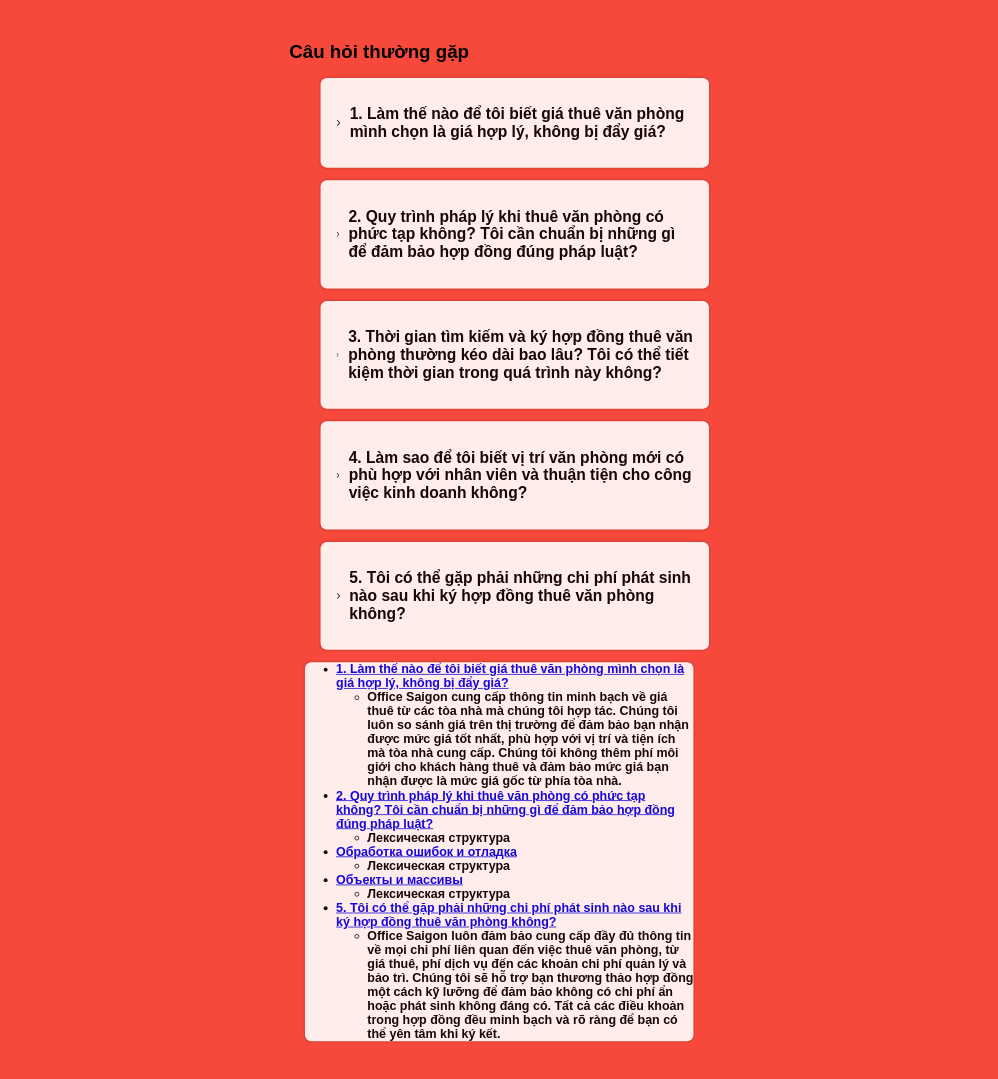
Repository: lannguyen1301/html-office-saigon
Page: accordion.html
An editor plug-in stored every save of this project. The page is shown before and after the next save, followed by the edit.
The browser window is 1280 px wide. The pictures show the whole page, at 78% of full size.

Above is the page before, as saved 2025-02-12 23:20:43.

### accordion.html
<!DOCTYPE html>
<html lang="en">

<head>
    <meta charset="UTF-8">
    <meta name="viewport" content="width=device-width, initial-scale=1.0">
    <title>ACCODION</title>
    <link rel="stylesheet" href="accordion.css">
</head>

<body>
    <main>
        <h2>Câu hỏi thường gặp</h2>
        <ol class="accodion-list">
            <li class="accordion" id="howto">
                <h3 class="title">
                    <a href="#howto">
                        1. Làm thế nào để tôi biết giá thuê văn phòng mình chọn là giá hợp lý, không bị
                        đẩy giá?</a>
                </h3>
                <div class="content">
                    <div class="wrapper">
                        <p>
                            Office Saigon cung cấp thông tin minh bạch về giá thuê từ các tòa nhà mà chúng tôi hợp tác.
                            Chúng tôi luôn so sánh giá trên thị trường để đảm bảo bạn nhận được mức giá tốt nhất, phù
                            hợp với vị trí và tiện ích mà tòa nhà cung cấp. Chúng tôi không thêm phí môi giới cho khách
                            hàng thuê và đảm bảo mức giá bạn nhận được là mức giá gốc từ phía tòa nhà.
                        </p>
                    </div>
                </div>
            </li>

            <li class="accordion" id="legalprocess">
                <h3 class="title">
                    <a href="#legalprocess">
                        2. Quy trình pháp lý khi thuê văn phòng có phức tạp không? Tôi cần chuẩn
                        bị những gì để đảm bảo hợp đồng đúng pháp luật?</a>
                </h3>
                <div class="content">
                    <div class="wrapper">
                        <p>
                            Quy trình pháp lý khi thuê văn phòng có thể phức tạp, nhưng bạn hoàn toàn không phải lo lắng
                            khi sử dụng dịch vụ của Office Saigon. Chúng tôi sẽ hỗ trợ bạn từ khâu thương thảo hợp đồng,
                            đàm phán các điều khoản đến việc hoàn tất thủ tục pháp lý. Đội ngũ pháp lý chuyên nghiệp của
                            chúng tôi sẽ đảm bảo mọi chi tiết trong hợp đồng đều rõ ràng, minh bạch và tuân thủ đúng quy
                            định của pháp luật.
                        </p>

                    </div>
                </div>
            </li>

            <li class="accordion" id="searchtime">
                <h3 class="title">
                    <a href="#searchtime">
                        3. Thời gian tìm kiếm và ký hợp đồng thuê văn phòng thường kéo dài bao lâu? Tôi có thể tiết kiệm
                        thời gian trong quá trình này không?
                    </a>
                </h3>
                <div class="content">
                    <div class="wrapper">
                        <p>
                            Với dịch vụ của Office Saigon, quá trình tìm kiếm và ký hợp đồng thuê văn phòng thường chỉ
                            kéo dài từ 1-2 tuần, tùy thuộc vào yêu cầu cụ thể của bạn. Chúng tôi cung cấp danh sách các
                            tòa nhà phù hợp trong thời gian ngắn, giúp bạn tiết kiệm đáng kể thời gian và công sức so
                            với việc tự tìm kiếm. Quy trình của chúng tôi được tối ưu để bạn có thể nhanh chóng chọn
                            được văn phòng và ký kết hợp đồng mà không phải lo lắng về bất kỳ chi tiết nào.
                        </p>
                    </div>
                </div>
            </li>

            <li class="accordion" id="whyknow">
                <h3 class="title">
                    <a href="#whyknow">
                        4. Làm sao để tôi biết vị trí văn phòng mới có phù hợp với nhân viên và thuận tiện cho công việc
                        kinh doanh không?
                    </a>
                </h3>
                <div class="content">
                    <div class="wrapper">
                        <p>
                            Office Saigon luôn tư vấn kỹ lưỡng về vị trí văn phòng dựa trên yêu cầu của bạn và phân tích
                            các yếu tố như giao thông, tiện ích xung quanh, và sự thuận tiện cho nhân viên. Chúng tôi
                            hiểu rằng một vị trí văn phòng thuận tiện sẽ giúp tăng hiệu suất làm việc của nhân viên và
                            thuận lợi cho việc kinh doanh của bạn. Dựa vào mạng lưới hơn 2230 tòa nhà tại TP.HCM, chúng
                            tôi sẽ giúp bạn chọn được văn phòng ở vị trí chiến lược, tối ưu nhất cho doanh nghiệp của
                            bạn.
                        </p>
                    </div>
                </div>
            </li>
            <li class="accordion" id="costsincurred">
                <h3 class="title">
                    <a href="#costsincurred">
                        5. Tôi có thể gặp phải những chi phí phát sinh nào sau khi ký hợp đồng thuê văn phòng không?
                    </a>
                </h3>
                <div class="content">
                    <div class="wrapper">
                        <p>
                            Office Saigon luôn đảm bảo cung cấp đầy đủ thông tin về mọi chi phí liên quan đến việc thuê
                            văn phòng, từ giá thuê, phí dịch vụ đến các khoản chi phí quản lý và bảo trì. Chúng tôi sẽ
                            hỗ trợ bạn thương thảo hợp đồng một cách kỹ lưỡng để đảm bảo không có chi phí ẩn hoặc phát
                            sinh không đáng có. Tất cả các điều khoản trong hợp đồng đều minh bạch và rõ ràng để bạn có
                            thể yên tâm khi ký kết.
                        </p>
                    </div>
                </div>
            </li>
        </ol>
    </main>
</body>

</html>

<nav class="navigation">
    <!-- <header class="navigation__logo">
        <img src="https://s27.postimg.org/p5shqemzn/logo.png" alt="Navigation's logo" width="216" height="39">
    </header> -->
    <article>
        <ul class="accordion">
            <li class="accordion__item">
                <a href="#" class="accordion__link accordion__link_active">
                    1. Làm thế nào để tôi biết giá thuê văn phòng mình chọn là giá hợp lý, không bị
                    đẩy giá?
                </a>
                <ul class="sub-accordion">
                    <li class="sub-accordion__item">Office Saigon cung cấp thông tin minh bạch về giá thuê từ các tòa
                        nhà mà chúng tôi hợp tác.
                        Chúng tôi luôn so sánh giá trên thị trường để đảm bảo bạn nhận được mức giá tốt nhất, phù
                        hợp với vị trí và tiện ích mà tòa nhà cung cấp. Chúng tôi không thêm phí môi giới cho khách
                        hàng thuê và đảm bảo mức giá bạn nhận được là mức giá gốc từ phía tòa nhà.</li>
                    <!-- <li class="sub-accordion__item">Типы данных, значения и переменные</li> -->
                    <!-- <li class="sub-accordion__item">Выражения и операторы инструкции</li> -->
                </ul>
            </li>
            <li class="accordion__item">
                <a href="#" class="accordion__link">
                    2. Quy trình pháp lý khi thuê văn phòng có phức tạp không? Tôi cần
                    chuẩn bị những gì để đảm bảo hợp đồng đúng pháp luật?</a></a>
                <ul class="sub-accordion">
                    <li class="sub-accordion__item">Лексическая структура</li>
                    <!-- <li class="sub-accordion__item">Типы данных, значения и переменные</li> -->
                    <!-- <li class="sub-accordion__item">Выражения и операторы инструкции</li> -->
                </ul>
            </li>
            <li class="accordion__item">
                <a href="#" class="accordion__link">Обработка ошибок и отладка</a>
                <ul class="sub-accordion">
                    <li class="sub-accordion__item">Лексическая структура</li>
                    <!-- <li class="sub-accordion__item">Типы данных, значения и переменные</li> -->
                    <!-- <li class="sub-accordion__item">Выражения и операторы инструкции</li> -->
                </ul>
            </li>
            <li class="accordion__item">
                <a href="#" class="accordion__link">Объекты и массивы</a>
                <ul class="sub-accordion">
                    <li class="sub-accordion__item">Лексическая структура</li>
                    <!-- <li class="sub-accordion__item">Типы данных, значения и переменные</li> -->
                    <!-- <li class="sub-accordion__item">Выражения и операторы инструкции</li> -->
                </ul>
            </li>
            <li class="accordion__item">
                <a href="#" class="accordion__link">
                    5. Tôi có thể gặp phải những chi phí phát sinh nào sau khi ký hợp
                    đồng thuê văn phòng không?</a>
                <ul class="sub-accordion">
                    <li class="sub-accordion__item">Office Saigon luôn đảm bảo cung cấp đầy đủ thông tin về mọi chi phí
                        liên quan đến việc thuê
                        văn phòng, từ giá thuê, phí dịch vụ đến các khoản chi phí quản lý và bảo trì. Chúng tôi sẽ
                        hỗ trợ bạn thương thảo hợp đồng một cách kỹ lưỡng để đảm bảo không có chi phí ẩn hoặc phát
                        sinh không đáng có. Tất cả các điều khoản trong hợp đồng đều minh bạch và rõ ràng để bạn có
                        thể yên tâm khi ký kết.</li>
                    <!-- <li class="sub-accordion__item">Типы данных, значения и переменные</li> -->
                    <!-- <li class="sub-accordion__item">Выражения и операторы инструкции</li> -->
                </ul>
            </li>
        </ul>
    </article>
</nav>

### accordion.css
:root {
    --size-header: 2.25rem;
    --size-accordion-title: 1.25rem;
    --size-accordion-content: 1rem;
    --animation-speed: 100;
    --slide-ease: cubic-bezier(0.86, 0, 0.07, 1);
    --slide-duration: calc(400ms * 100 / var(--animation-speed));
    --slide-delay: calc(450ms * 100 / var(--animation-speed));
    --circle-duration: calc(900ms * 100 / var(--animation-speed));
}

*,
*::before,
*::after {
    position: relative;
    left: 0;
    top: 0;
    box-sizing: border-box;
}

a,
p,
h1 {
    margin: 0;
}

html {
    height: 100%;
}

body {
    background-color: hsl(4, 91%, 60%);
    font-family: Nunito, Arial, Helvetica, sans-serif;
    font-weight: 600;
    margin: 0;
    display: grid;
    place-items: center;
    padding: 2rem 2rem;
    min-height: 100%;
}

html,
body {
    scroll-behavior: smooth;
    scroll-padding-top: 1rem;
}

main > h1 {
    font-size: var(--size-header);
    margin-bottom: 1.25rem;
    color: #fff;
}

::selection {
    background-color: rgba(0, 0, 0, 0.4);
}

.accordion {
    --circle-x: 1.8rem;
    --circle-y: 0;
    --circle-r: 200%;
    --circle-bg: #fff;
    color: #000;

    background-color: var(--circle-bg);
    max-width: 56ch;
    margin-bottom: 1rem;
    border-radius: min(8px, 0.5rem);

    display: grid;
    grid-template-rows: 0fr 0fr;
    transition-timing-function: var(--slide-ease);
    transition-duration: 200ms, 200ms, var(--slide-duration);
    transition-property: opacity, box-shadow, grid-template-rows;
    transition-delay: 0ms, 0ms, var(--slide-delay);
    box-shadow: 0 0 0 2px rgba(0, 0, 0, 0.1);
    opacity: 0.9;
}

.accordion:not(:target):hover {
    box-shadow: 0 0 0 2px rgba(0, 0, 0, 0.5);
}

.accordion:not(:target):active {
    opacity: 1;
    box-shadow: 0 4px 7px 0 rgba(0, 0, 0, 0.3);
}

.accordion,
.content {
    overflow: hidden;
}

.accordion:target {
    --d: 90deg;
    grid-template-rows: 0fr 1fr;
    transition: grid-template-rows var(--slide-ease) var(--slide-duration)
        var(--slide-delay);
}

.wrapper {
    padding-block: 0 1.05rem;
    padding-inline: 1.25rem;
}

.content {
    font-size: var(--size-accordion-content);
    line-height: 140%;
}

.content p {
    margin-bottom: 1rem;
}

.content a {
    color: currentColor;
    font-weight: 800;
    text-decoration: underline;
}

main :last-child,
.content :last-child {
    margin-bottom: 0;
}

.title a {
    padding: 1rem 1.25rem;
    font-size: var(--size-accordion-title);
    font-weight: 800;
    color: currentColor;
    text-decoration: none;
    display: flex;
    flex-direction: row;
    place-items: center;
}

.title a::before {
    --chevron-icon: url("data:[embedded picture, 464 characters]");
    content: "";
    left: 0;
    top: 0;
    width: 0.65rem;
    aspect-ratio: 320 / 512;
    display: inline-block;
    margin-right: 0.75rem;
    transform: rotate(var(--d, 0deg));
    transition: transform var(--slide-ease) var(--slide-duration)
        var(--slide-delay);
    mask-image: var(--chevron-icon);
    mask-size: 100% 100%;
    -webkit-mask-image: var(--chevron-icon);
    -webkit-mask-size: 100% 100%;
    background-color: currentColor;
}

.accordion::before,
.accordion::after {
    content: "";
    position: absolute;
    width: 100%;
    height: 100%;
    background-color: var(--circle-bg);
    mix-blend-mode: difference;
    transform-style: preserve-3d;
    transition-timing-function: ease;
    transition-property: opacity, clip-path, visibility;
    pointer-events: none;
    clip-path: circle(var(--r) at var(--circle-x) var(--circle-y));
    border-radius: inherit;
    z-index: 4;
}

.accordion::before {
    --r: 0%;
    transition-delay: var(--circle-duration), var(--circle-duration), 0ms;
    transition-duration: 0ms, var(--circle-duration), 0ms;
    opacity: 0;
}

.accordion:target::before {
    --r: var(--circle-r);
    transition-delay: 0ms, 0ms, 0ms;
    transition-duration: 0ms, var(--circle-duration), 0ms;
    opacity: 1;
}

.accordion::after {
    --r: var(--circle-r);
    transition-delay: 0ms, 0ms, var(--circle-duration);
    transition-duration: 0ms, var(--circle-duration), 0ms;
    visibility: hidden;
    opacity: 1;
}

.accordion:target:after {
    --r: 0%;
    transition-delay: 0ms, 0ms, 0ms;
    transition-duration: 0ms, 0ms, 0ms;
    visibility: visible;
    opacity: 0;
}

.title a:focus-visible {
    background-color: hsl(0, 100%, 90%);
    outline: none;
}

.accordion:target .title a:focus-visible {
    background-color: hsl(183, 100%, 93%);
}

After the next save:
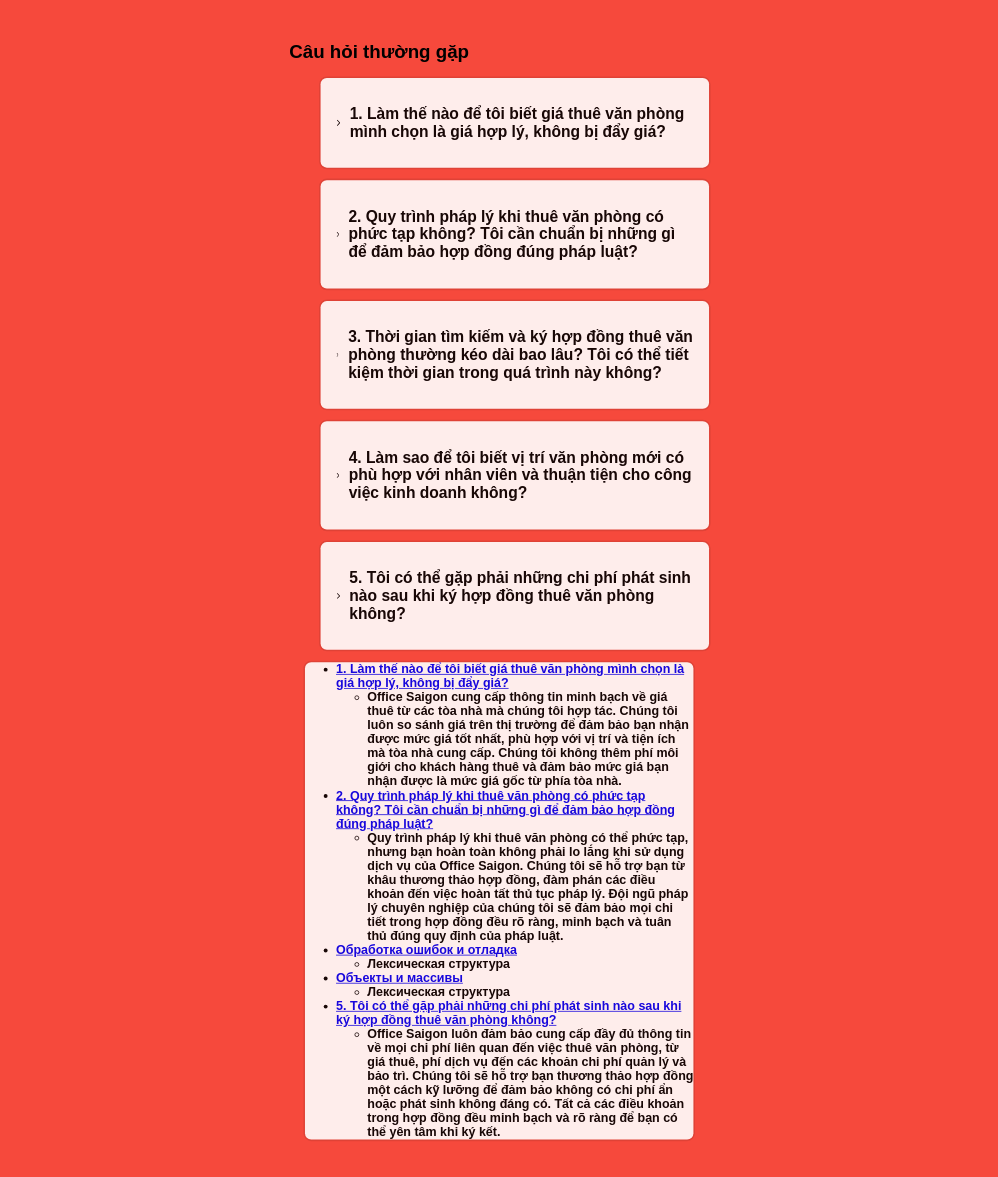
Saved 20 s later.
--- a/accordion.html
+++ b/accordion.html
@@ -140,7 +140,13 @@
                     2. Quy trình pháp lý khi thuê văn phòng có phức tạp không? Tôi cần
                     chuẩn bị những gì để đảm bảo hợp đồng đúng pháp luật?</a></a>
                 <ul class="sub-accordion">
-                    <li class="sub-accordion__item">Лексическая структура</li>
+                    <li class="sub-accordion__item">
+                        Quy trình pháp lý khi thuê văn phòng có thể phức tạp, nhưng bạn hoàn toàn không phải lo lắng
+                        khi sử dụng dịch vụ của Office Saigon. Chúng tôi sẽ hỗ trợ bạn từ khâu thương thảo hợp đồng,
+                        đàm phán các điều khoản đến việc hoàn tất thủ tục pháp lý. Đội ngũ pháp lý chuyên nghiệp của
+                        chúng tôi sẽ đảm bảo mọi chi tiết trong hợp đồng đều rõ ràng, minh bạch và tuân thủ đúng quy
+                        định của pháp luật.
+                    </li>
                     <!-- <li class="sub-accordion__item">Типы данных, значения и переменные</li> -->
                     <!-- <li class="sub-accordion__item">Выражения и операторы инструкции</li> -->
                 </ul>
